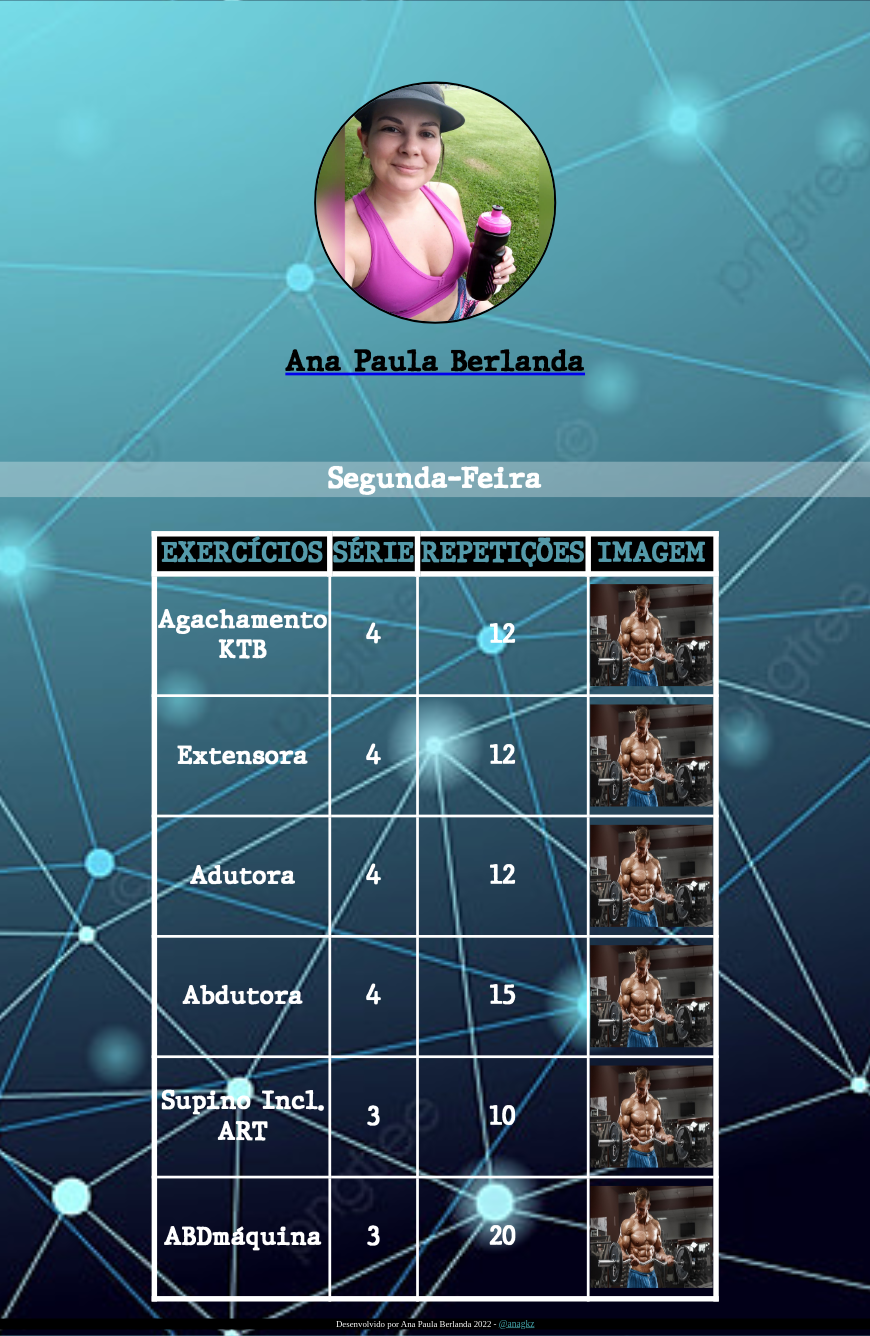
Repository: AnaBerlanda/AppAcademia
Page: diadasemana.html
An editor plug-in stored every save of this project. The page is shown before and after the next save, followed by the edit.
The browser window is 1280 px wide. The pictures show the whole page, at 68% of full size.

Above is the page before, as saved 2022-02-11 15:29:20.

After the next save:
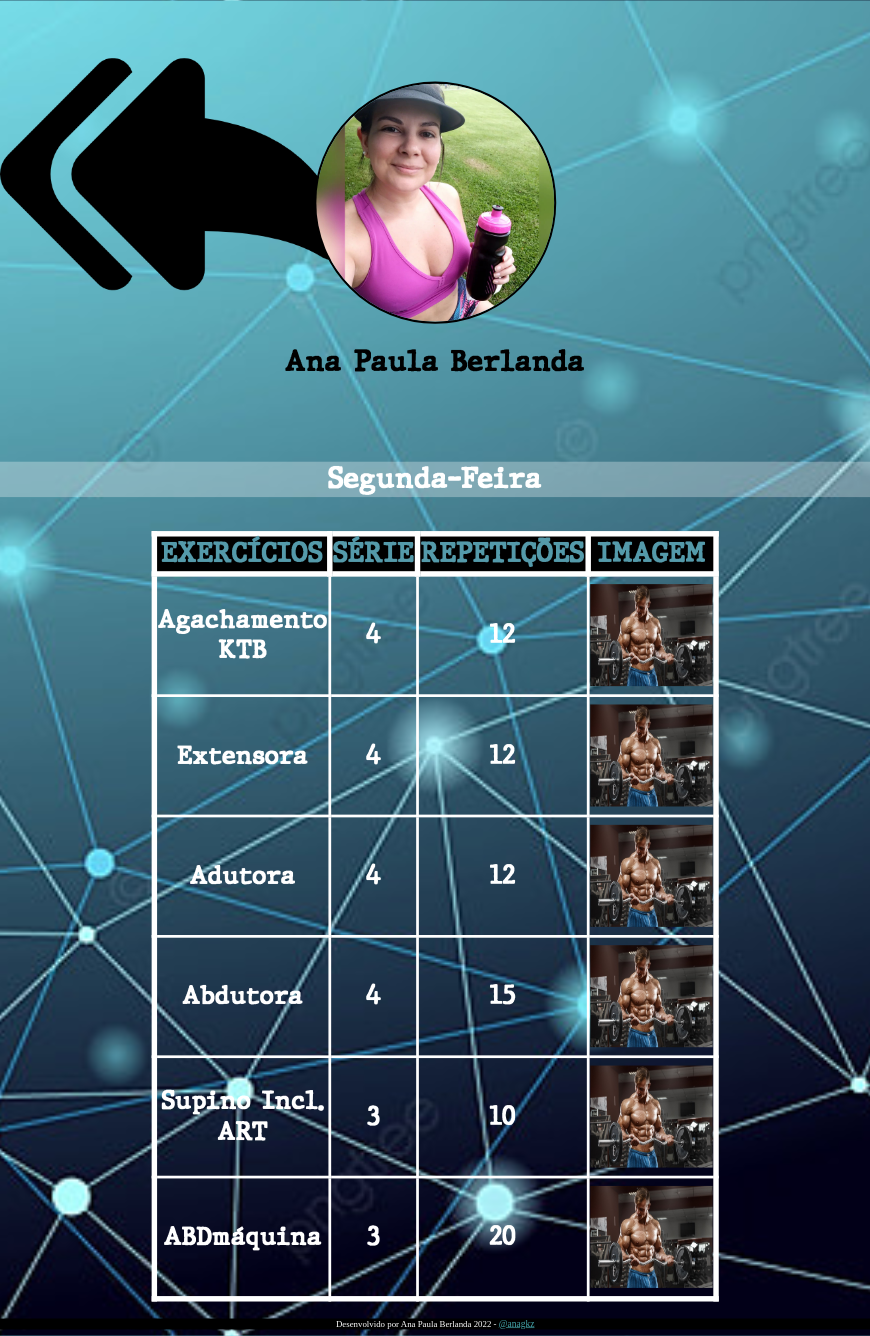
Saved 46 s later.
--- a/diadasemana.html
+++ b/diadasemana.html
@@ -109,8 +109,8 @@
 </head>
 <body>
         <div class="seta">
-            <a href="index2.html"
-            <img src="img/seta.png">
+            <a href="index2.html">
+            <img src="img/seta.png"> </a>
         </div>
         <img id="redonda" src="img/ber.jpg" alt="Foto da Ana">
         <h1> Ana Paula Berlanda </h1>
